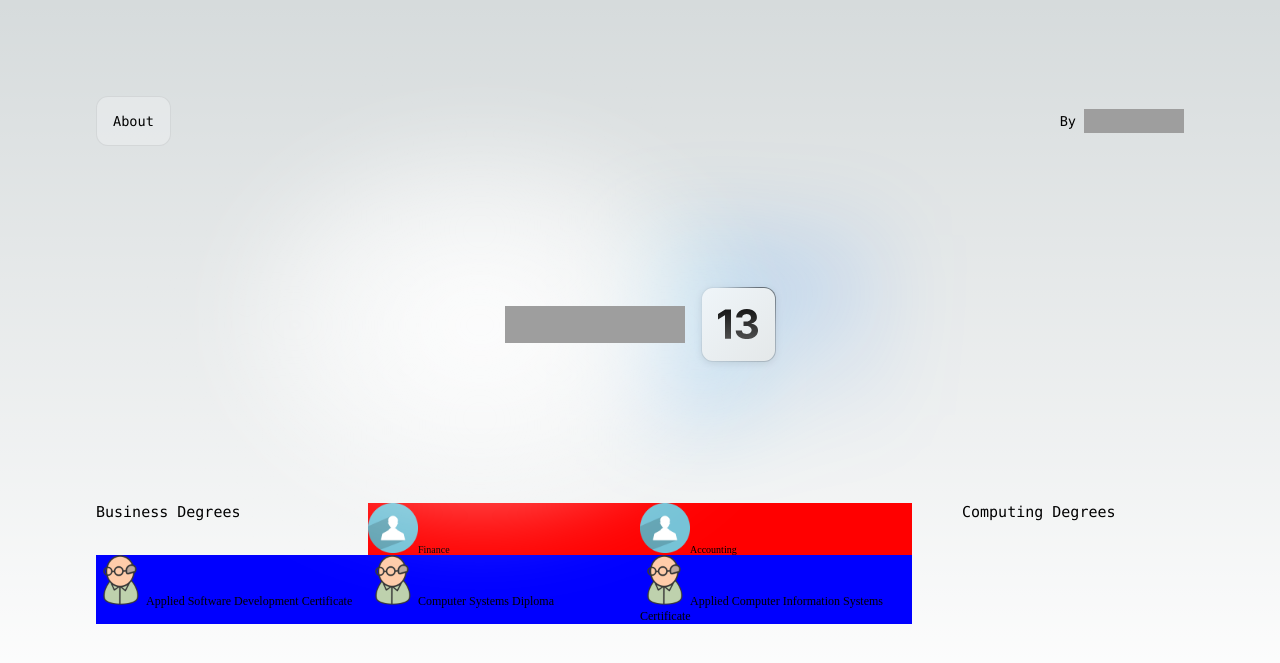
Repository: TeoEstrada9/Week-3-example
Page: /
These files come from the project's save history. The page is drawn as it stood at one moment and after the next save; the edit follows.
The browser window is 1280 px wide. The pictures show the whole page.
Pictures or frames that could not be fetched are drawn as grey boxes. The project was rebuilt for these pictures with package versions that can differ from the ones it lists, and the page was loaded fresh each time. The framework's server and built-in components were replaced by stand-ins that run in the browser. Also part of the build but not shown: next.config.js.

Above is the page before, as saved 2023-01-18 15:35:28.

### pages/index.js
import Head from 'next/head'
import Image from 'next/image'
import { Inter } from '@next/font/google'
import styles from '@/styles/Home.module.css'
import data from '../Data/education.json'
import { useState } from 'react'
import Card from '../Components/Card'
import Link from 'next/link'

const inter = Inter({ subsets: ['latin'] })

export default function Home() {

  console.log(data);
  const [information, setInformation] = useState([...data])



  return (
    <>
      <Head>
        <title>Create Next App</title>
        <meta name="description" content="Generated by create next app" />
        <meta name="viewport" content="width=device-width, initial-scale=1" />
        <link rel="icon" href="/favicon.ico" />
      </Head>
      <main className={styles.main}>
        <div className={styles.description}>
          <p className='about-button'>
           <Link className='about-button' href="about">About</Link>
          </p>
          <div>
            <a
              href="https://vercel.com?utm_source=create-next-app&utm_medium=default-template&utm_campaign=create-next-app"
              target="_blank"
              rel="noopener noreferrer"
            >
              By{' '}
              <Image
                src="/vercel.svg"
                alt="Vercel Logo"
                className={styles.vercelLogo}
                width={100}
                height={24}
                priority
              />
            </a>
          </div>
        </div>

        <div className={styles.center}>
          <Image
            className={styles.logo}
            src="/next.svg"
            alt="Next.js Logo"
            width={180}
            height={37}
            priority
          />
          <div className={styles.thirteen}>
            <Image
              src="/thirteen.svg"
              alt="13"
              width={40}
              height={31}
              priority
            />
          </div>
        </div>

        <div className={styles.grid}>
          <div className='title1'>Business Degrees</div>
          {information && information.map((info, index) => {
            if(info.department === "Business")
            return(
              <Card key={index} degree={info.degree} colour="red" font="10px"/>
            )

          })}

        <div className='title2'>Computing Degrees</div>
          {information && information.map((info, index) => {
            if(info.department === "Computing")
            return(
              <Card key={index} degree={info.degree} colour="blue" font="12px"/>
            )

          })}



        </div>
      </main>
    </>
  )
}

### styles/globals.css
:root {
  --max-width: 1100px;
  --border-radius: 12px;
  --font-mono: ui-monospace, Menlo, Monaco, 'Cascadia Mono', 'Segoe UI Mono',
    'Roboto Mono', 'Oxygen Mono', 'Ubuntu Monospace', 'Source Code Pro',
    'Fira Mono', 'Droid Sans Mono', 'Courier New', monospace;

  --foreground-rgb: 0, 0, 0;
  --background-start-rgb: 214, 219, 220;
  --background-end-rgb: 255, 255, 255;

  --primary-glow: conic-gradient(
    from 180deg at 50% 50%,
    #16abff33 0deg,
    #0885ff33 55deg,
    #54d6ff33 120deg,
    #0071ff33 160deg,
    transparent 360deg
  );
  --secondary-glow: radial-gradient(
    rgba(255, 255, 255, 1),
    rgba(255, 255, 255, 0)
  );

  --tile-start-rgb: 239, 245, 249;
  --tile-end-rgb: 228, 232, 233;
  --tile-border: conic-gradient(
    #00000080,
    #00000040,
    #00000030,
    #00000020,
    #00000010,
    #00000010,
    #00000080
  );

  --callout-rgb: 238, 240, 241;
  --callout-border-rgb: 172, 175, 176;
  --card-rgb: 180, 185, 188;
  --card-border-rgb: 131, 134, 135;
}

@media (prefers-color-scheme: dark) {
  :root {
    --foreground-rgb: 255, 255, 255;
    --background-start-rgb: 0, 0, 0;
    --background-end-rgb: 0, 0, 0;

    --primary-glow: radial-gradient(rgba(1, 65, 255, 0.4), rgba(1, 65, 255, 0));
    --secondary-glow: linear-gradient(
      to bottom right,
      rgba(1, 65, 255, 0),
      rgba(1, 65, 255, 0),
      rgba(1, 65, 255, 0.3)
    );

    --tile-start-rgb: 2, 13, 46;
    --tile-end-rgb: 2, 5, 19;
    --tile-border: conic-gradient(
      #ffffff80,
      #ffffff40,
      #ffffff30,
      #ffffff20,
      #ffffff10,
      #ffffff10,
      #ffffff80
    );

    --callout-rgb: 20, 20, 20;
    --callout-border-rgb: 108, 108, 108;
    --card-rgb: 100, 100, 100;
    --card-border-rgb: 200, 200, 200;
  }
}

* {
  box-sizing: border-box;
  padding: 0;
  margin: 0;
}

html,
body {
  max-width: 100vw;
  overflow-x: hidden;
}

body {
  color: rgb(var(--foreground-rgb));
  background: linear-gradient(
      to bottom,
      transparent,
      rgb(var(--background-end-rgb))
    )
    rgb(var(--background-start-rgb));
}

a {
  color: inherit;
  text-decoration: none;
}



@media (prefers-color-scheme: dark) {
  html {
    color-scheme: dark;
  }
}



.title1 {
  font-size: 15px;
  font-family: var(--font-mono);

}
.title2 {
  font-size: 15px;
  font-family: var(--font-mono);
  margin-left: 50px;
}

.Home_grid__GxQ85 {
  margin: auto;
}

### styles/Home.module.css
.main {
  display: flex;
  flex-direction: column;
  justify-content: space-between;
  align-items: center;
  padding: 6rem;
  min-height: 100vh;
}

.description {
  display: inherit;
  justify-content: inherit;
  align-items: inherit;
  font-size: 0.85rem;
  max-width: var(--max-width);
  width: 100%;
  z-index: 2;
  font-family: var(--font-mono);
}

.description a {
  display: flex;
  justify-content: center;
  align-items: center;
  gap: 0.5rem;
}

.description p {
  position: relative;
  margin: 0;
  padding: 1rem;
  background-color: rgba(var(--callout-rgb), 0.5);
  border: 1px solid rgba(var(--callout-border-rgb), 0.3);
  border-radius: var(--border-radius);
}

.code {
  font-weight: 700;
  font-family: var(--font-mono);
}

.grid {
  display: grid;
  grid-template-columns: repeat(4, minmax(25%, auto));
  width: var(--max-width);
  max-width: 100%;
}

.card {
  padding: 1rem 1.2rem;
  border-radius: var(--border-radius);
  background: rgba(var(--card-rgb), 0);
  border: 1px solid rgba(var(--card-border-rgb), 0);
  transition: background 200ms, border 200ms;
}

.card span {
  display: inline-block;
  transition: transform 200ms;
}

.card h2 {
  font-weight: 600;
  margin-bottom: 0.7rem;
}

.card p {
  margin: 0;
  opacity: 0.6;
  font-size: 0.9rem;
  line-height: 1.5;
  max-width: 30ch;
}

.center {
  display: flex;
  justify-content: center;
  align-items: center;
  position: relative;
  padding: 4rem 0;
}

.center::before {
  background: var(--secondary-glow);
  border-radius: 50%;
  width: 480px;
  height: 360px;
  margin-left: -400px;
}

.center::after {
  background: var(--primary-glow);
  width: 240px;
  height: 180px;
  z-index: -1;
}

.center::before,
.center::after {
  content: '';
  left: 50%;
  position: absolute;
  filter: blur(45px);
  transform: translateZ(0);
}

.logo,
.thirteen {
  position: relative;
}

.thirteen {
  display: flex;
  justify-content: center;
  align-items: center;
  width: 75px;
  height: 75px;
  padding: 25px 10px;
  margin-left: 16px;
  transform: translateZ(0);
  border-radius: var(--border-radius);
  overflow: hidden;
  box-shadow: 0px 2px 8px -1px #0000001a;
}

.thirteen::before,
.thirteen::after {
  content: '';
  position: absolute;
  z-index: -1;
}

/* Conic Gradient Animation */
.thirteen::before {
  animation: 6s rotate linear infinite;
  width: 200%;
  height: 200%;
  background: var(--tile-border);
}

/* Inner Square */
.thirteen::after {
  inset: 0;
  padding: 1px;
  border-radius: var(--border-radius);
  background: linear-gradient(
    to bottom right,
    rgba(var(--tile-start-rgb), 1),
    rgba(var(--tile-end-rgb), 1)
  );
  background-clip: content-box;
}

/* Enable hover only on non-touch devices */
@media (hover: hover) and (pointer: fine) {
  .card:hover {
    background: rgba(var(--card-rgb), 0.1);
    border: 1px solid rgba(var(--card-border-rgb), 0.15);
  }

  .card:hover span {
    transform: translateX(4px);
  }
}

@media (prefers-reduced-motion) {
  .thirteen::before {
    animation: none;
  }

  .card:hover span {
    transform: none;
  }
}

/* Mobile */
@media (max-width: 700px) {
  .content {
    padding: 4rem;
  }

  .grid {
    grid-template-columns: 1fr;
    margin-bottom: 120px;
    max-width: 320px;
    text-align: center;
  }

  .card {
    padding: 1rem 2.5rem;
  }

  .card h2 {
    margin-bottom: 0.5rem;
  }

  .center {
    padding: 8rem 0 6rem;
  }

  .center::before {
    transform: none;
    height: 300px;
  }

  .description {
    font-size: 0.8rem;
  }

  .description a {
    padding: 1rem;
  }

  .description p,
  .description div {
    display: flex;
    justify-content: center;
    position: fixed;
    width: 100%;
  }



  .description p {
    align-items: center;
    inset: 0 0 auto;
    padding: 2rem 1rem 1.4rem;
    border-radius: 0;
    border: none;
    border-bottom: 1px solid rgba(var(--callout-border-rgb), 0.25);
    background: linear-gradient(
      to bottom,
      rgba(var(--background-start-rgb), 1),
      rgba(var(--callout-rgb), 0.5)
    );
    background-clip: padding-box;
    backdrop-filter: blur(24px);
  }

  .description div {
    align-items: flex-end;
    pointer-events: none;
    inset: auto 0 0;
    padding: 2rem;
    height: 200px;
    background: linear-gradient(
      to bottom,
      transparent 0%,
      rgb(var(--background-end-rgb)) 40%
    );
    z-index: 1;
  }
}

/* Tablet and Smaller Desktop */
@media (min-width: 701px) and (max-width: 1120px) {
  .grid {
    grid-template-columns: repeat(2, 50%);
  }
}

@media (prefers-color-scheme: dark) {
  .vercelLogo {
    filter: invert(1);
  }

  .logo,
  .thirteen img {
    filter: invert(1) drop-shadow(0 0 0.3rem #ffffff70);
  }
}

@keyframes rotate {
  from {
    transform: rotate(360deg);
  }
  to {
    transform: rotate(0deg);
  }
}

### Data/education.json
[
        {
            "studentNumber": "A0004567",
            "firstName": "Miguel",
            "gpa": 3.8,
            "department": "Business",
            "degree": "Finance",
            "graduted": 2014
        },
        {
            "studentNumber": "A0001234",
            "firstName": "Ella",
            "gpa": 3.5,
            "department": "Business",
            "degree": "Accounting",
            "graduted": 2010
        },
        {
            "studentNumber": "A0007890",
            "firstName": "Brittney",
            "gpa": 3.2,
            "department": "Computing",
            "degree": "Applied Software Development Certificate",
            "graduted": 2018
        },
        {
            "studentNumber": "A0007828",
            "firstName": "Person 4",
            "gpa": 3.9,
            "department": "Computing",
            "degree": "Computer Systems Diploma",
            "graduted": 2021
        },
        {
            "studentNumber": "A0003425",
            "firstName": "Person 5",
            "gpa": 3.2,
            "department": "Computing",
            "degree": "Applied Computer Information Systems Certificate",
            "graduted": 2021
        }
]

### Components/Card/index.js
export default function Card({
    degree = "none",
    colour = "purple",
    font = "0",
    image = "icon/personTwo.png"
}) {
    return (
        <div style={{backgroundColor: colour, fontSize: font}}>
            {
                colour === "red" ? <img src={'icon/person.png'}width="50"/> :
                colour === "blue" ? <img src={'icon/personThree.png'}width="50"/> :
                                    <img src={'icon/person.png'}width="50"/>
            }
            {degree}

        </div>
    )
}

Loaded but not shown: pages/_app.js (common file); pages/_document.js (common file)

After the next save:
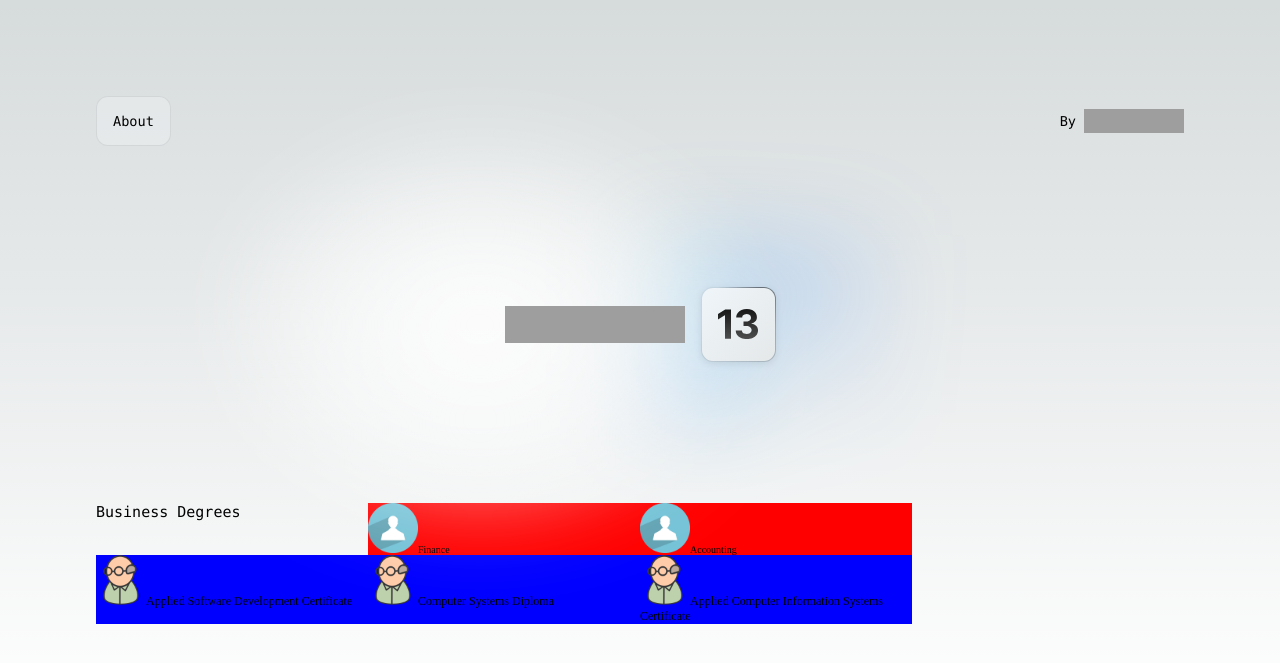
Saved 104 s later.
--- a/styles/globals.css
+++ b/styles/globals.css
@@ -118,7 +118,7 @@
 .title2 {
   font-size: 15px;
   font-family: var(--font-mono);
-  margin-left: 50px;
+  margin-left: 429px;
 }
 
 .Home_grid__GxQ85 {
